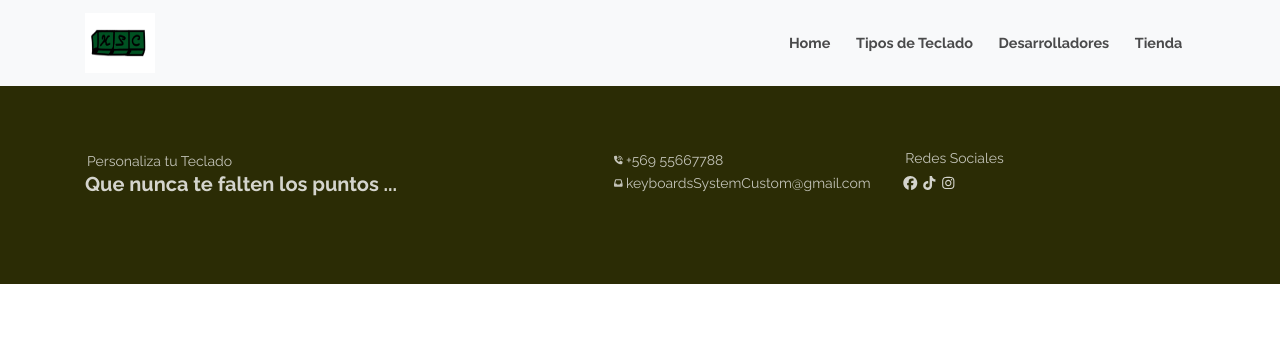
Repository: sebaqqq/customKeyboard
Page: /tienda
The author's editor kept a copy of each file at every save. The page is drawn from the files as they stood at one save, then again after a run of saves.
The browser window is 1280 px wide. The pictures show the whole page.
The project was rebuilt for these pictures with package versions that can differ from the ones it lists, and the page was loaded fresh each time. The framework's server and built-in components were replaced by stand-ins that run in the browser. Also part of the build but not shown: next.config.js.

Above is the page before, as saved 2023-01-26 22:20:35.

### pages/_app.js
import '../styles/globals.css'

function MyApp({ Component, pageProps }) {
    return <Component {...pageProps} />
}

export default MyApp

### pages/tienda.js
import Layout from "../components/Layout";

const Tienda = () => {
    return (
        <>
            <Layout
                pagina= "Tienda"
            >
                <h1>Tienda</h1>
            </Layout>
        </>
    )
}

export default Tienda;

### components/Layout.js
//next
import Head from "next/head";

//components
import Header from "../components/Header";
import Footer from "../components/Footer";


const Layout = ({children, pagina}) => {
    return (
        <div>
            <Head>
                <title>KSC - {pagina}</title>
                <meta content="width=device-width, initial-scale=1" name="viewport" />
                <meta charSet="utf-8" />
                <meta name="description" content="Keys Keyboard" />
                <meta name="keywords" content="Keys Keyboard" />
                <link rel="icon" type="image/png" sizes="32x32" href="/favicon-32x32.png" />
            </Head>
            <Header />
            {children}
            <Footer />
        </div>
    );
}

export default Layout;

### components/Header.js
//next
import Link from "next/link"
import Image from 'next/image';

//fontawesomeIcon
import { FontAwesomeIcon } from '@fortawesome/react-fontawesome'
import { library } from '@fortawesome/fontawesome-svg-core';
import {
    faBars
} from '@fortawesome/free-solid-svg-icons'

library.add(
    faBars
)

const links = [{
    label: 'Home',
    route: '/',
},{
    label: 'Tipos de Teclado',
    route: '/keyboardAbout'
},{
    label: 'Desarrolladores',
    route: '/about'
},{
    label: 'Tienda',
    route: '/tienda'
}]



export default function Navigation () {

    return (
        <>
            <nav id="scrollspyh" className={"navbar navbar-light bg-light navbar-expand-lg fixed-top"} data-spy="affix" data-offset-top="20">
                <div className="container">
                    <Link href="/">
                        <Image
                            src= {'/../public/logo.jpeg'}
                            alt="navbarImage"
                            width={70}
                            height={60}
                            className="brand-img"
                        />
                    </Link>
                    <button
                        className='navbar-toggler'

                        data-toggle="collapse"
                        data-target="#navbarSupportedContent"
                        aria-controls="navbarSupportedContent"
                        aria-expanded="false"
                        aria-label="Toggle navigation"
                        >
                        <FontAwesomeIcon icon={faBars} />

                        <ul className="navbar-nav ml-auto">
                            {links.map(({ label, route }) => (
                                <li key={route} className="nav-item">
                                    <Link href={route} className="nav-link">
                                        {label}
                                    </Link>
                                </li>
                            ))}
                        </ul>

                    </button>
                    <div className="collapse navbar-collapse" id="navbarSupportedContent">
                        <ul className="navbar-nav ml-auto">
                            {links.map(({ label, route }) => (
                                <li key={route} className="nav-item">
                                    <Link href={route} className="nav-link">
                                        {label}
                                    </Link>
                                </li>
                            ))}
                        </ul>
                    </div>
                </div>
            </nav>
        </>
    );
}

### components/Footer.js
//FontAwesomeIcon
import { FontAwesomeIcon } from '@fortawesome/react-fontawesome'
import { library } from '@fortawesome/fontawesome-svg-core';
import { faFacebook, faInstagram, faTiktok } from '@fortawesome/free-brands-svg-icons'
import {
    faPhoneVolume,
    faInbox
} from '@fortawesome/free-solid-svg-icons'

library.add(
    faFacebook,
    faInstagram,
    faTiktok,
    faPhoneVolume,
    faInbox
)

const Footer = () => {
    return (
        <footer>
            <section className="section bg-overlay">
            <div className="container">
                <div className="infos mb-4 mb-md-2">
                    <div className="title">
                        <h6 className="subtitle font-weight-normal">Personaliza tu Teclado</h6>
                        <h5>Que nunca te falten los puntos ...</h5>
                        </div>
                        <div className="socials">
                            <div className="row justify-content-between">
                                <div className="col">
                                <a className="d-block subtitle"><FontAwesomeIcon icon={faPhoneVolume} style={{width: '3%', margin: 'auto', display: 'inline-block'}}/> +569 55667788</a>
                                <a className="d-block subtitle"><FontAwesomeIcon icon={faInbox} style={{width: '3%', margin: 'auto', display: 'inline-block'}}/> keyboardsSystemCustom@gmail.com</a>
                                </div>
                                <div className="col">
                                    <h6 className="subtitle font-weight-normal mb-1">Redes Sociales</h6>
                                    <div className="social-links">
                                        <a href="#" className="link pr-1"><FontAwesomeIcon icon={faFacebook} style={{width: '5%', margin: 'auto', display: 'inline-block'}}/></a>
                                        <a href="#" className="link pr-1"><FontAwesomeIcon icon={faTiktok} style={{width: '5%', margin: 'auto', display: 'inline-block'}}/></a>
                                        <a href="#" className="link pr-1"><FontAwesomeIcon icon={faInstagram} style={{width: '5%', margin: 'auto', display: 'inline-block'}}/></a>
                                    </div>
                                </div>
                            </div>
                        </div>
                    </div>
                </div>
            </section>
        </footer>
    )
}

export default Footer

Loaded but not shown: pages/_document.js (common file); styles/globals.css (library)

After the next 4 saves:
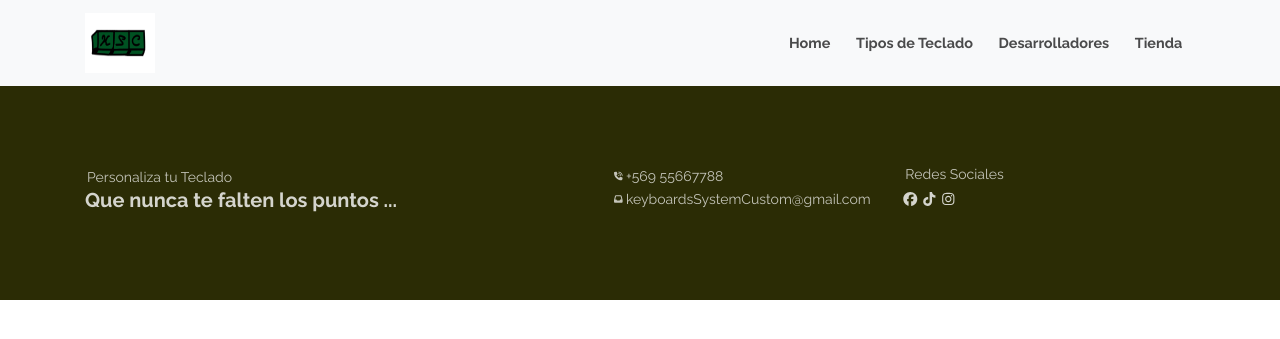
The 4 saves are shown as one change because they came seconds apart.
The last was saved 90 s later.
--- a/pages/tienda.js
+++ b/pages/tienda.js
@@ -6,7 +6,9 @@
             <Layout
                 pagina= "Tienda"
             >
-                <h1>Tienda</h1>
+                <div className="container">
+                    <h1 className="section-title mb-4">Venta</h1>
+                </div>
             </Layout>
         </>
     )
